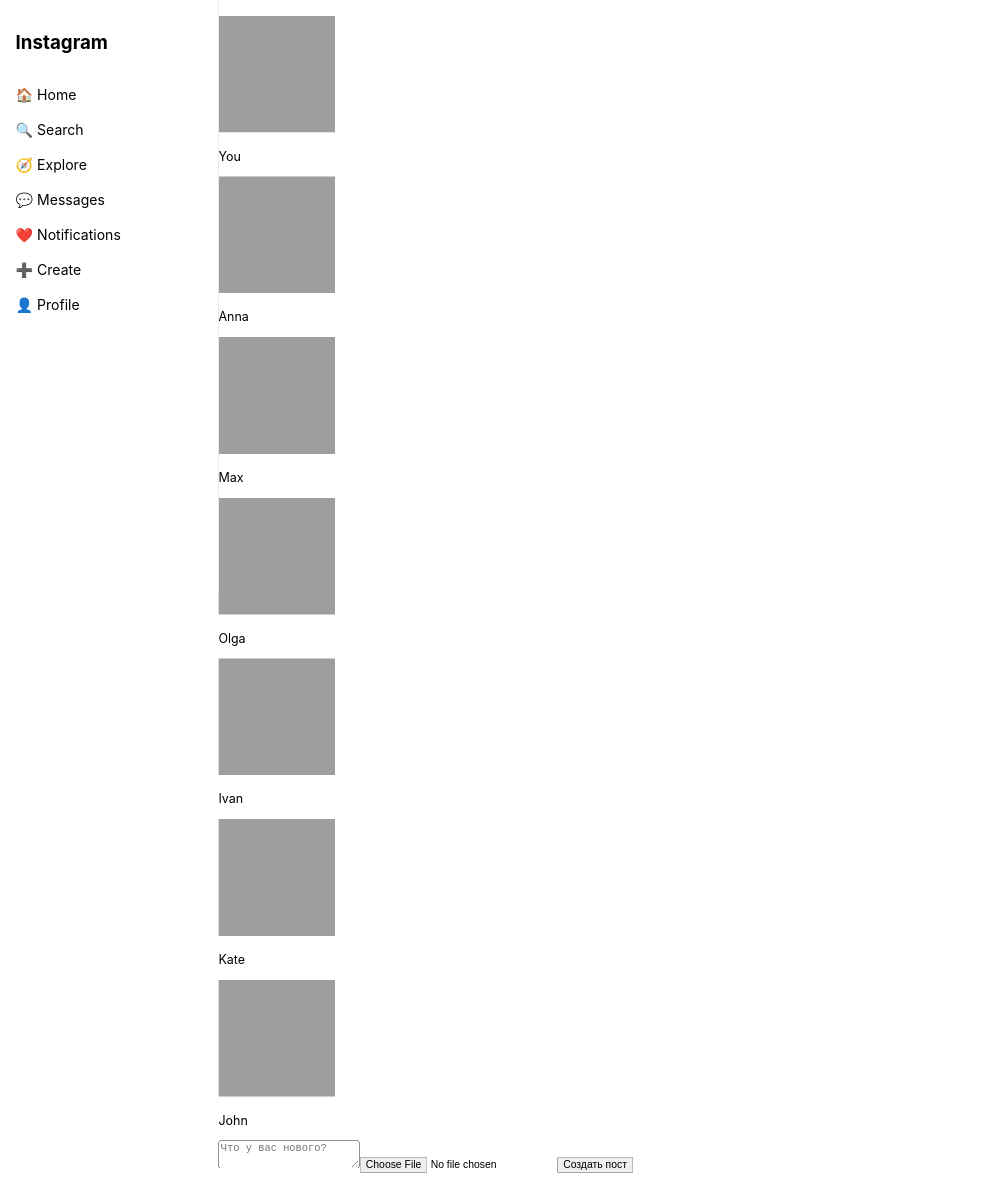
Repository: JuliiaJuliia/project-ichgram
Page: /
These files come from the project's save history. The page is drawn as it stood at one moment and after the next save; the edit follows.
The browser window is 1280 px wide. The pictures show the whole page, at 78% of full size.
Pictures or frames that could not be fetched are drawn as grey boxes. The page's requests for data from a server got no answer. The project was rebuilt for these pictures with package versions that can differ from the ones it lists, and the page was loaded fresh each time. No one was signed in, and anything a server would have sent is missing. Also part of the build but not shown: src/components/PostCard.css, src/components/PostCard.js, src/components/Chat.js.

Above is the page before, as saved 2026-02-19 10:37:37.

### src/App.js
import "./App.css";
import { BrowserRouter as Router, Routes, Route } from "react-router-dom";
import Sidebar from "./components/Sidebar";
import Stories from "./components/Stories";
import PostForm from "./components/PostForm";
import Feed from "./components/Feed";
import Chat from "./components/Chat";

// Создади простые страницы как пример
function Home() {
  return (
    <div className="main-content">
      <Stories />
      <PostForm />
      <Feed />
    </div>
  );
}

function Messages() {
  const chatId = "123";
  const userId = "user123";

  return (
    <div className="main-content">
      <h2>Messages Page</h2>
      <Chat chatId={chatId} userId={userId} />
    </div>
  );
}

function Profile() {
  return (
    <div className="main-content">
      <h2>Profile Page</h2>
    </div>
  );
}

function App() {
  return (
    <Router>
      <div className="app-container">
        <Sidebar />

        <Routes>
          <Route path="/" element={<Home />} />
          <Route path="/messages" element={<Messages />} />
          <Route path="/profile" element={<Profile />} />
          {/* если страницу не найдено */}
          <Route path="*" element={<div className="main-content"><h2>404 Not Found</h2></div>} />
        </Routes>
      </div>
    </Router>
  );
}

export default App;

### src/App.css
.app-container {
  display: flex;
}

.main-content {
  margin-left: 260px;
  padding: 20px;
  width: 100%;
  max-width: 700px;
}

### src/components/Sidebar.js
import React from "react";
import "./Sidebar.css";

const Sidebar = () => {
  return (
    <div className="sidebar">
      <h2 className="logo">Instagram</h2>

      <nav>
        <div className="nav-item">🏠 Home</div>
        <div className="nav-item">🔍 Search</div>
        <div className="nav-item">🧭 Explore</div>
        <div className="nav-item">💬 Messages</div>
        <div className="nav-item">❤️ Notifications</div>
        <div className="nav-item">➕ Create</div>
        <div className="nav-item">👤 Profile</div>
      </nav>
    </div>
  );
};

export default Sidebar;

### src/components/Stories.js
import "./Stories.css";

const stories = [
  { id: 1, name: "You", avatar: "https://i.pravatar.cc/150?img=1" },
  { id: 2, name: "Anna", avatar: "https://i.pravatar.cc/150?img=2" },
  { id: 3, name: "Max", avatar: "https://i.pravatar.cc/150?img=3" },
  { id: 4, name: "Olga", avatar: "https://i.pravatar.cc/150?img=4" },
  { id: 5, name: "Ivan", avatar: "https://i.pravatar.cc/150?img=5" },
  { id: 6, name: "Kate", avatar: "https://i.pravatar.cc/150?img=6" },
  { id: 7, name: "John", avatar: "https://i.pravatar.cc/150?img=7" },
];

const Stories = () => {
  return (
    <div className="stories">
      {stories.map((story) => (
        <div key={story.id} className="story">
          <img src={story.avatar} alt={story.name} />
          <p>{story.name}</p>
        </div>
      ))}
    </div>
  );
};

export default Stories;

### src/components/PostForm.js
import React, { useState } from "react";

const PostForm = () => {
  const [text, setText] = useState("");
  const [selectedFile, setSelectedFile] = useState(null);

  const handleFileChange = (e) => {
    setSelectedFile(e.target.files[0]);
  };

  const handleSubmit = async (e) => {
    e.preventDefault();

    if (!text && !selectedFile) {
      alert("Введите текст или выберите изображение!");
      return;
    }

    const formData = new FormData();
    formData.append("text", text);
    if (selectedFile) {
      formData.append("image", selectedFile);
    }

    try {
      const response = await fetch("http://localhost:3001/api/posts", {
        method: "POST",
        headers: {
          Authorization: "Bearer " + localStorage.getItem("token"), // токен из логина
        },
        body: formData,
      });

      if (!response.ok) {
        throw new Error("Ошибка при создании поста");
      }

      const result = await response.json();
      console.log("Пост успешно создан:", result);
      setText("");
      setSelectedFile(null);
    } catch (error) {
      console.error("Ошибка:", error);
    }
  };

  return (
    <form onSubmit={handleSubmit}>
      <textarea
        placeholder="Что у вас нового?"
        value={text}
        onChange={(e) => setText(e.target.value)}
      />
      <input type="file" onChange={handleFileChange} />
      <button type="submit">Создать пост</button>
    </form>
  );
};

export default PostForm;

### src/components/Feed.js
import React, { useEffect, useState } from "react";
import PostCard from "./PostCard";

const Feed = () => {
  const [posts, setPosts] = useState([]);

  useEffect(() => {
    fetch("http://localhost:3001/api/posts")
      .then((res) => res.json())
      .then((data) => setPosts(data))
      .catch((err) =>
        console.error("Ошибка при получении постов:", err)
      );
  }, []);

  return (
    <div>
      {posts.map((post) => (
        <PostCard key={post._id} post={post} />
      ))}
    </div>
  );
};

export default Feed;

### src/components/Sidebar.css
.sidebar {
    width: 240px;
    height: 100vh;
    background: white;
    border-right: 1px solid #ddd;
    padding: 20px;
    position: fixed;
    left: 0;
    top: 0;
  }

  .logo {
    font-size: 24px;
    margin-bottom: 30px;
  }

  .menu-item {
    padding: 12px 0;
    cursor: pointer;
    font-size: 16px;
  }

  .menu-item:hover {
    font-weight: bold;
  }

### src/components/Stories.css
.sidebar {
    width: 240px;
    height: 100vh;
    border-right: 1px solid #ddd;
    padding: 20px;
    position: fixed;
    left: 0;
    top: 0;
    background: white;
  }

  .logo {
    font-size: 24px;
    margin-bottom: 30px;
  }

  .nav-item {
    padding: 12px 0;
    font-size: 18px;
    cursor: pointer;
  }

  .nav-item:hover {
    background: #f5f5f5;
    border-radius: 8px;
    padding-left: 10px;
  }

Loaded but not shown: public/index.html (common file); src/index.js (common file); src/index.css (common file); src/reportWebVitals.js (common file)

After the next save:
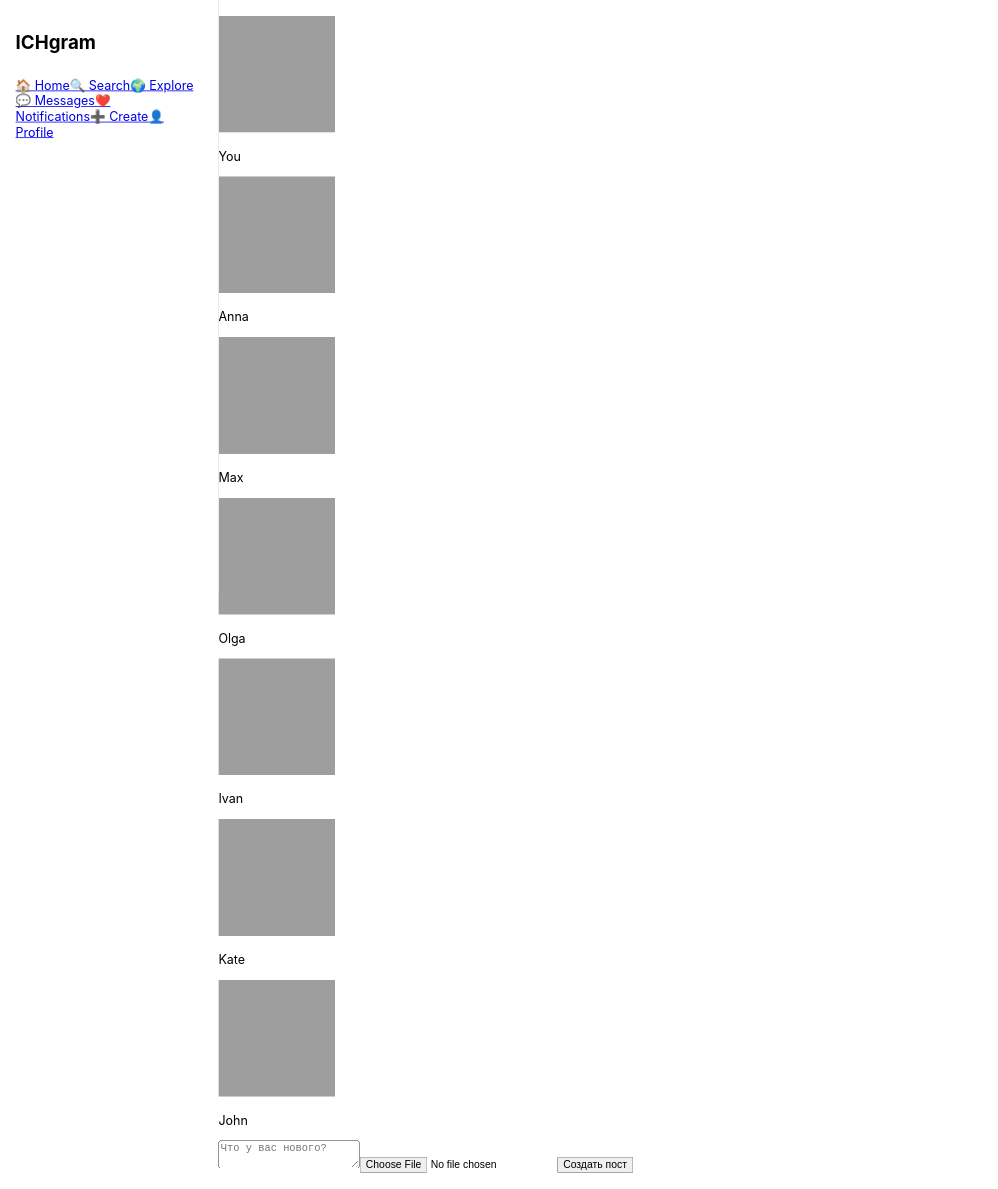
Saved 7 min 32 s later.
--- a/src/components/Sidebar.js
+++ b/src/components/Sidebar.js
@@ -1,22 +1,66 @@
 import React from "react";
-import "./Sidebar.css";
+import { Link, useLocation } from "react-router-dom";
+import "./Sidebar.css"; // якщо у тебе є стилі для Sidebar
 
-const Sidebar = () => {
+function Sidebar() {
+  const location = useLocation(); // дізнаємось, яка зараз сторінка
+
   return (
     <div className="sidebar">
-      <h2 className="logo">Instagram</h2>
+      <h2 className="logo">ICHgram</h2>
 
-      <nav>
-        <div className="nav-item">🏠 Home</div>
-        <div className="nav-item">🔍 Search</div>
-        <div className="nav-item">🧭 Explore</div>
-        <div className="nav-item">💬 Messages</div>
-        <div className="nav-item">❤️ Notifications</div>
-        <div className="nav-item">➕ Create</div>
-        <div className="nav-item">👤 Profile</div>
+      <nav className="sidebar-nav">
+        <Link
+          to="/"
+          className={location.pathname === "/" ? "active" : ""}
+        >
+          🏠 Home
+        </Link>
+
+        <Link
+          to="/search"
+          className={location.pathname === "/search" ? "active" : ""}
+        >
+          🔍 Search
+        </Link>
+
+        <Link
+          to="/explore"
+          className={location.pathname === "/explore" ? "active" : ""}
+        >
+          🌍 Explore
+        </Link>
+
+        <Link
+          to="/messages"
+          className={location.pathname === "/messages" ? "active" : ""}
+        >
+          💬 Messages
+        </Link>
+
+        <Link
+          to="/notifications"
+          className={location.pathname === "/notifications" ? "active" : ""}
+        >
+          ❤️ Notifications
+        </Link>
+
+        <Link
+          to="/create"
+          className={location.pathname === "/create" ? "active" : ""}
+        >
+          ➕ Create
+        </Link>
+
+        <Link
+          to="/profile"
+          className={location.pathname === "/profile" ? "active" : ""}
+        >
+          👤 Profile
+        </Link>
       </nav>
     </div>
   );
-};
+}
 
 export default Sidebar;
